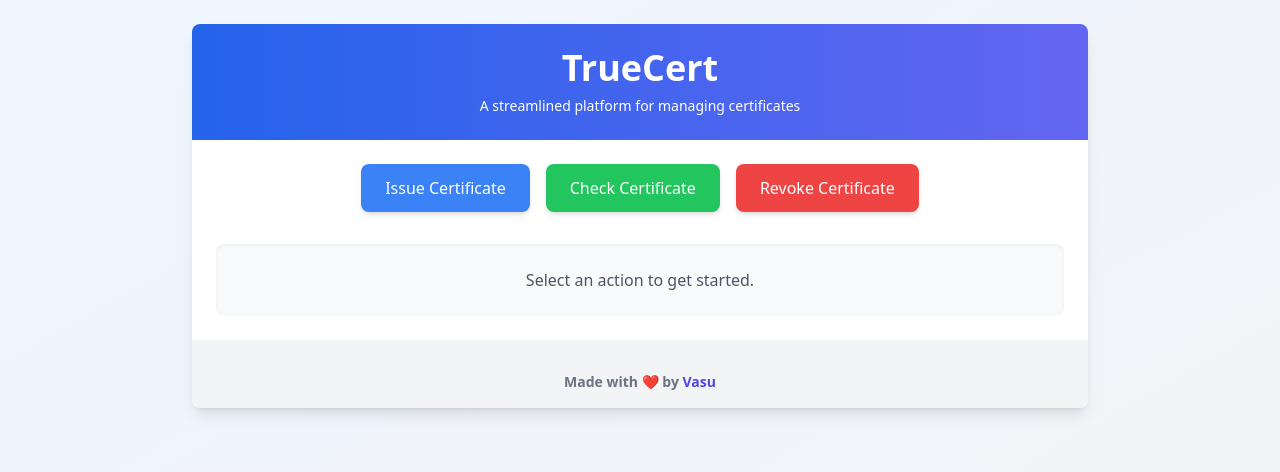
Repository: virtualvasu/TrueCert
Page: / (app in client/)
These files come from the project's save history. The page is drawn as it stood at one moment and after the next save; the edit follows.
The browser window is 1280 px wide. The pictures show the whole page.
The project was rebuilt for these pictures with package versions that can differ from the ones it lists, and the page was loaded fresh each time. Also part of the build but not shown: client/vite.config.js, client/src/components/organisation/contractDetails.jsx, client/src/components/organisation/IssueCertificate.jsx, client/src/components/organisation/CheckCertificate.jsx, client/src/components/organisation/RevokeCertificate.jsx.

Above is the page before, as saved 2025-01-08 02:54:06.

After the next save:
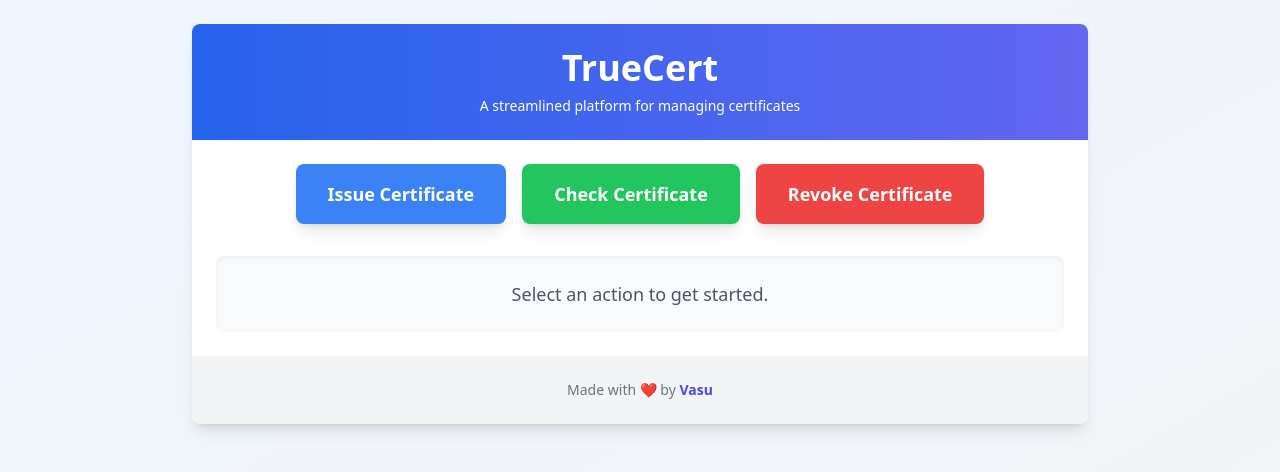
Saved 54 s later.
--- a/client/src/App.jsx
+++ b/client/src/App.jsx
@@ -2,7 +2,6 @@ import React, { useState } from 'react';
 import IssueCertificate from './components/organisation/IssueCertificate';
 import CheckCertificate from './components/organisation/CheckCertificate';
 import RevokeCertificate from './components/organisation/RevokeCertificate';
-//import StoreOrganisation from './components/organisation/StoreOrganisation';
 
 function App() {
   const [activeComponent, setActiveComponent] = useState(null);
@@ -11,80 +10,72 @@ function App() {
     <div className="p-6 bg-gradient-to-br from-blue-50 to-gray-100 min-h-screen">
       <div className="max-w-4xl mx-auto shadow-lg bg-white rounded-lg overflow-hidden">
         <header className="bg-gradient-to-r from-blue-600 to-indigo-500 p-6">
-          <h1 className="text-4xl font-extrabold text-center text-white">TrueCert</h1>
-          <p className="text-center text-white mt-2 text-sm">
-            A streamlined platform for managing certificates
-          </p>
+          <h1 className="text-4xl font-extrabold text-center text-white mb-2">TrueCert</h1>
+          <p className="text-center text-white text-sm">A streamlined platform for managing certificates</p>
         </header>
         <main className="p-6">
           <div className="flex justify-center space-x-4 mb-8">
             <button
               onClick={() => setActiveComponent('IssueCertificate')}
-              className={`px-6 py-3 font-medium text-white rounded-lg shadow-md transition ${activeComponent === 'IssueCertificate'
-                ? 'bg-blue-700'
-                : 'bg-blue-500 hover:bg-blue-600'
-                }`}
+              className={`px-8 py-4 text-lg font-semibold text-white rounded-lg shadow-lg transition-all duration-300 ${
+                activeComponent === 'IssueCertificate'
+                  ? 'bg-blue-700 transform scale-105'
+                  : 'bg-blue-500 hover:bg-blue-600'
+              }`}
             >
               Issue Certificate
             </button>
             <button
               onClick={() => setActiveComponent('CheckCertificate')}
-              className={`px-6 py-3 font-medium text-white rounded-lg shadow-md transition ${activeComponent === 'CheckCertificate'
-                ? 'bg-green-700'
-                : 'bg-green-500 hover:bg-green-600'
-                }`}
+              className={`px-8 py-4 text-lg font-semibold text-white rounded-lg shadow-lg transition-all duration-300 ${
+                activeComponent === 'CheckCertificate'
+                  ? 'bg-green-700 transform scale-105'
+                  : 'bg-green-500 hover:bg-green-600'
+              }`}
             >
               Check Certificate
             </button>
             <button
               onClick={() => setActiveComponent('RevokeCertificate')}
-              className={`px-6 py-3 font-medium text-white rounded-lg shadow-md transition ${activeComponent === 'RevokeCertificate'
-                ? 'bg-red-700'
-                : 'bg-red-500 hover:bg-red-600'
-                }`}
+              className={`px-8 py-4 text-lg font-semibold text-white rounded-lg shadow-lg transition-all duration-300 ${
+                activeComponent === 'RevokeCertificate'
+                  ? 'bg-red-700 transform scale-105'
+                  : 'bg-red-500 hover:bg-red-600'
+              }`}
             >
               Revoke Certificate
             </button>
-
           </div>
           <div className="bg-gray-50 p-6 rounded-lg shadow-inner">
             {activeComponent === 'IssueCertificate' && (
               <div>
-                <h2 className="text-2xl font-semibold mb-4 text-gray-800">
-                  Issue Certificate
-                </h2>
+                <h2 className="text-3xl font-semibold mb-6 text-gray-800">Issue Certificate</h2>
                 <IssueCertificate />
               </div>
             )}
             {activeComponent === 'CheckCertificate' && (
               <div>
-                <h2 className="text-2xl font-semibold mb-4 text-gray-800">
-                  Check Certificate
-                </h2>
+                <h2 className="text-3xl font-semibold mb-6 text-gray-800">Check Certificate</h2>
                 <CheckCertificate />
               </div>
             )}
             {activeComponent === 'RevokeCertificate' && (
               <div>
-                <h2 className="text-2xl font-semibold mb-4 text-gray-800">
-                  Revoke Certificate
-                </h2>
+                <h2 className="text-3xl font-semibold mb-6 text-gray-800">Revoke Certificate</h2>
                 <RevokeCertificate />
               </div>
             )}
-
             {!activeComponent && (
-              <p className="text-gray-600 text-center">
+              <p className="text-center text-lg text-gray-600">
                 Select an action to get started.
               </p>
             )}
           </div>
         </main>
-        <footer className="bg-gray-100 p-4 text-center">
-          <p className="text-gray-500 text-sm text-center mt-4 font-semibold hover:text-gray-700 transition-colors">
+        <footer className="bg-gray-100 p-6 text-center">
+          <p className="text-gray-500 text-sm">
             Made with ❤️ by <span className="font-bold text-indigo-600">{'Vasu'}</span>
           </p>
-
         </footer>
       </div>
     </div>
